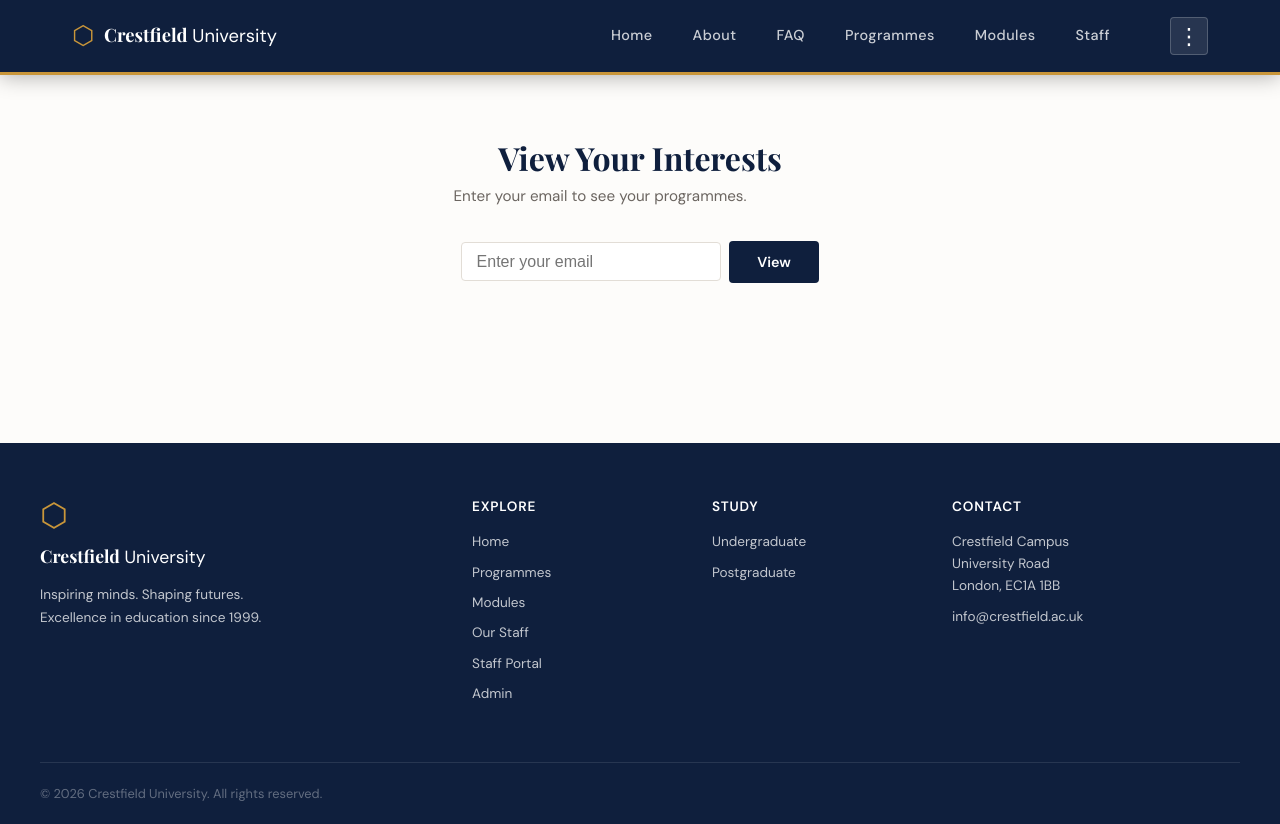
Repository: dowrinprity-blip/Web-Project
Page: http://localhost/University/my-interests.php
These files come from the project's save history. The page is drawn as it stood at one moment and after the next save; the edit follows.
The browser window is 1280 px wide. The pictures show the whole page.
The page is run by PHP 8.4 with error messages shown; the project is at /var/www/html/.

Above is the page before, as saved 2026-03-25 21:02:41.

After the next save:
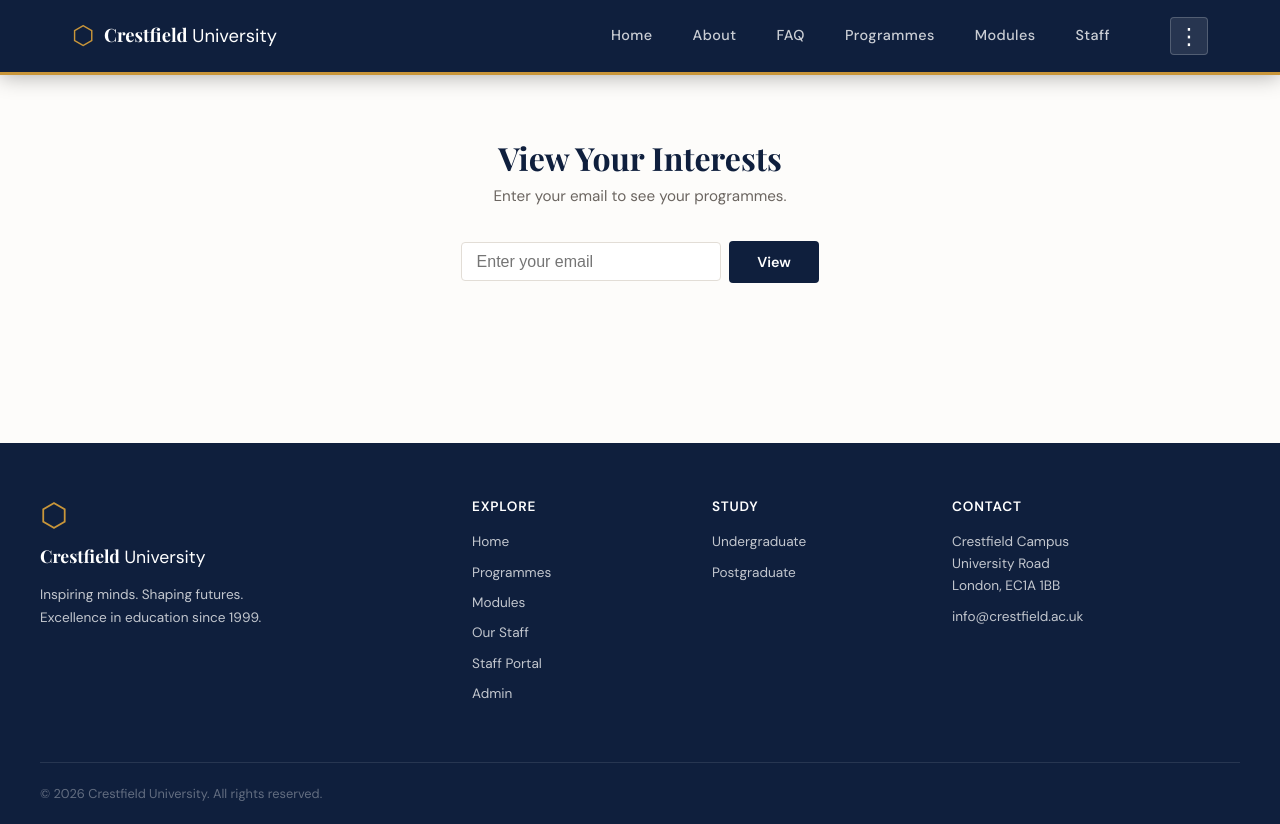
Saved 3 min 26 s later.
--- a/my-interests.php
+++ b/my-interests.php
@@ -52,14 +52,16 @@ if (!empty($email)) {
 <section class="section">
     <div class="section-inner" style="max-width:1000px;margin:0 auto;">
 
-        <div class="section-header" style="text-align:center;max-width:600px;margin:0 auto 2rem auto;">
-    <h2 style="margin:0;line-height:1.2;">
+        <div class="section-header" style="display:flex;flex-direction:column;align-items:center;justify-content:center;text-align:center;margin-bottom:2rem;">
+
+    <h2 style="margin:0;">
         View Your Interests
     </h2>
 
-    <p style="margin:.4rem 0 0 0;color:var(--text-muted);font-size:.95rem;">
+    <p style="margin-top:.4rem;color:var(--text-muted);font-size:.95rem;">
         Enter your email to see your programmes.
     </p>
+
 </div>
 
         <!-- FORM -->
